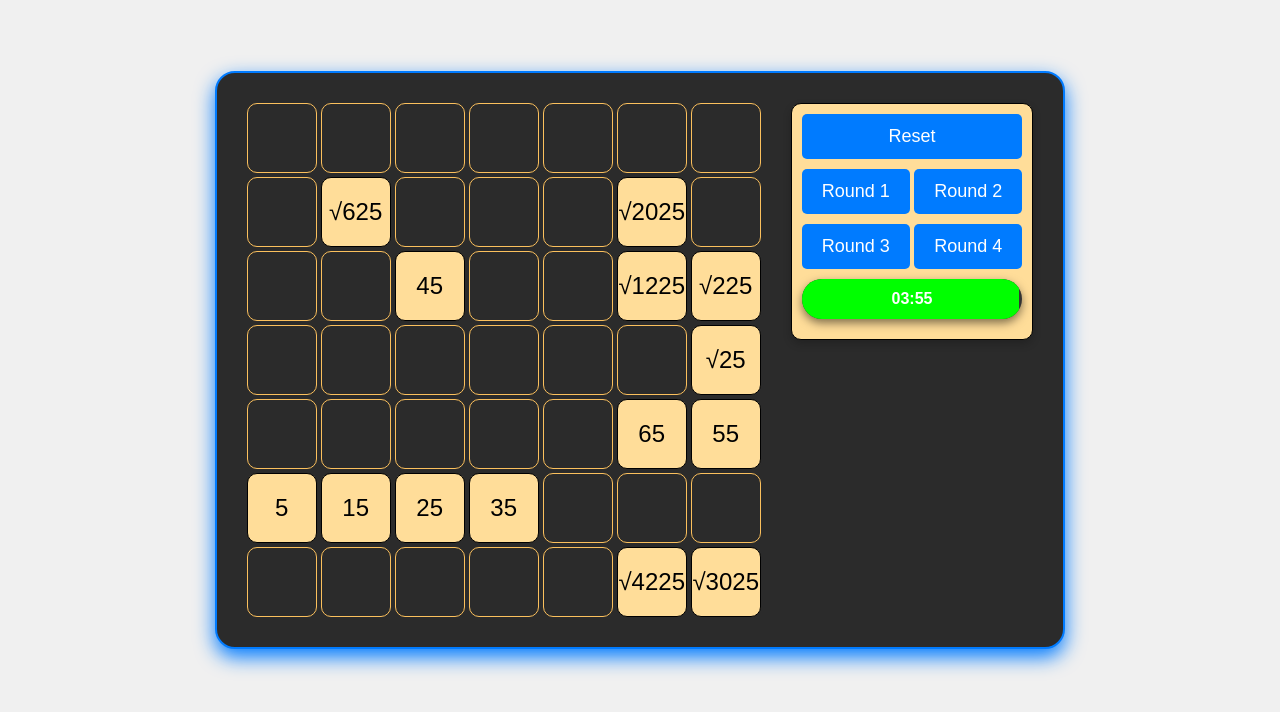
Repository: radisyah/THE_BRAIN_STORM
Page: Broken Link.html
The author's editor kept a copy of each file at every save. The page is drawn from the files as they stood at one save, then again after the next save.
The browser window is 1280 px wide. The pictures show the whole page.

Above is the page before, as saved 2024-10-30 23:44:21.

### Broken Link.html
<!DOCTYPE html>
<html lang="en">
<head>
    <meta charset="UTF-8">
    <meta name="viewport" content="width=device-width, initial-scale=1.0">
    <title>The Brain Storm | Broken Link</title>
    <style>
        body {
            font-family: Arial, sans-serif;
            display: flex;
            justify-content: center; /* Center the main content */
            align-items: center; /* Center vertically */
            height: 100vh;
            margin: 0;
            background-color: #f0f0f0;
        }

        .container {
            display: flex;
            justify-content: center;
            align-items: flex-start;
            background-color: #2b2b2b; /* Dark background for contrast */
            border-radius: 20px;
            box-shadow: 0 8px 20px  #007bff;
            padding: 30px;
            border: 2px solid #007bff;
            transition: transform 0.3s ease-in-out;
        }

        /* Timer container styles */
        .timer-container {
            position: relative;
            width: 100%;
            height: 40px;
            background-color: #333;
            border-radius: 20px;
            overflow: hidden;
            box-shadow: 0px 4px 10px rgba(0, 0, 0, 0.5);
            margin-bottom: 10px;
        }

        /* Timer text styles */
        #timer {
            position: absolute;
            top: 50%;
            left: 50%;
            transform: translate(-50%, -50%);
            color: white;
            font-size: 16px;
            font-weight: bold;
            z-index: 2;
        }

        /* Progress bar styles */
        .timer-bar {
            position: absolute;
            top: 0;
            left: 0;
            height: 100%;
            background: linear-gradient(90deg, #00ff00, #ffff00, #ff0000);
            width: 100%;
            transition: width 1s linear;
            z-index: 1;
        }


        .container:hover {
            transform: scale(1.02); /* Slight scale effect when hovering over the container */
        }


        .grid-container {
            display: grid;
            grid-template-columns: repeat(7, 70px); /* Size increased */
            grid-template-rows: repeat(7, 70px); /* Size increased */
            gap: 4px; /* Increased gap */
            position: relative;
            margin-right: 30px; /* Space between grid and buttons */
        }

        .grid-item {
            display: flex;
            justify-content: center;
            align-items: center;
            font-size: 24px; /* Increased font size */
            background-color: #ffdd99;
            border: 1px solid #000;
            color: #000;
            cursor: pointer;
            position: relative;
            border-radius: 10px;
            transition: background-color 0.3s;
        }

        .grid-item[data-number=""] {
            background-color: #2b2b2b;
            border: 1px solid #fbc05d;
            cursor: default; /* Change cursor for empty grids */
        }

        .grid-item.active {
            background-color: #fbc05d;
        }

        .grid-item:hover {
            /* transform: translateY(-5px); */
            background-color: #fbc05d;

        }


        canvas {
            position: absolute;
            top: 0;
            left: 0;
            z-index: 1;
            pointer-events: none;
        }

        .green {
            background-color: #28a745 !important;
        }

        #resetButton {
            padding: 12px 25px; /* Increased padding */
            font-size: 18px; /* Increased font size */
            cursor: pointer;
            background-color: #007bff;
            color: white;
            border: none;
            border-radius: 5px;
            transition: background-color 0.3s;
        }

        #resetButton:hover {
            background-color: #0056b3;
        }

        .question-buttons {
            display: flex;
            flex-direction: column; /* Align buttons vertically */
            gap: 10px;
            padding: 10px; /* Added padding */
            background-color: #ffdd99; /* Background color for buttons layout */
            border-radius: 10px; /* Rounded corners */
            box-shadow: 0 4px 8px rgba(0, 0, 0, 0.2); /* Shadow for effect */
             border: 1px solid #000;
        }

        .grid-item.active:hover {
            background-color: #fbc05d; /* Warna background berubah */
        }

        .question-button {
            padding: 12px 20px; /* Increased padding */
            font-size: 18px; /* Increased font size */
            cursor: pointer;
            background-color: #007bff;
            color: white;
            border: none;
            border-radius: 5px;
            transition: background-color 0.3s;
        }

        .question-button:hover {
            background-color: #0056b3;
        }
    </style>
</head>
<body>

<div class="container">
    <div class="grid-container" id="grid-container">
        <!-- Grid elements will be filled here -->
    </div>

    <div class="question-buttons">
        <button id="resetButton">Reset</button>
        <div>
            <button class="question-button" onclick="loadQuestion(1)">Round 1</button>
            <button class="question-button" onclick="loadQuestion(2)">Round 2</button>
        </div>
        <div>
            <button class="question-button" onclick="loadQuestion(3)">Round 3</button>
            <button class="question-button" onclick="loadQuestion(4)">Round 4</button>
        </div>
        <div class="timer-container">
            <div id="timer">04:00</div>
            <div class="timer-bar"></div>
        </div>

    </div>
</div>

<canvas id="lineCanvas"></canvas>

<script>
    const canvas = document.getElementById('lineCanvas');
    const ctx = canvas.getContext('2d');
    const gridContainer = document.getElementById('grid-container');
    const resetButton = document.getElementById('resetButton');
    let activeGrid = null;
    let lines = []; // Store lines to be drawn
    canvas.width = gridContainer.offsetWidth;
    canvas.height = gridContainer.offsetHeight;

    // Data grid untuk soal
    const questions = {
        1: [
            { number: "" }, { number: "" }, { number: "" }, { number: "" }, { number: "" }, { number: "" }, { number: "" },
            { number: "" }, { number: "√625" }, { number: "" }, { number: "" }, { number: "" }, { number: "√2025" }, { number: "" },
            { number: "" }, { number: "" }, { number: "45" }, { number: "" }, { number: "" }, { number: "√1225" }, { number: "√225" },
            { number: "" }, { number: "" }, { number: "" }, { number: "" }, { number: "" }, { number: "" }, { number: "√25" },
            { number: "" }, { number: "" }, { number: "" }, { number: "" }, { number: "" }, { number: "65" }, { number: "55" },
            { number: "5" }, { number: "15" }, { number: "25" }, { number: "35" }, { number: "" }, { number: "" }, { number: "" },
            { number: "" }, { number: "" }, { number: "" }, { number: "" }, { number: "" }, { number: "√4225" }, { number: "√3025" },
        ],
        2: [
            { number: "19" }, { number: "" }, { number: "" }, { number: "" }, { number: "" }, { number: "" }, { number: "" },
            { number: "" }, { number: "" }, { number: "" }, { number: "" }, { number: "" }, { number: "" }, { number: "29" },
            { number: "" }, { number: "" }, { number: "" }, { number: "√361" }, { number: "√6241" }, { number: "" }, { number: "" },
            { number: "" }, { number: "√841" }, { number: "" }, { number: "" }, { number: "" }, { number: "√2401" }, { number: "√3481" },
            { number: "" }, { number: "59" }, { number: "" }, { number: "" }, { number: "" }, { number: "" }, { number: "" },
            { number: "" }, { number: "" }, { number: "" }, { number: "" }, { number: "79" }, { number: "39" }, { number: "" },
            { number: "√1521" }, { number: "" }, { number: "" }, { number: "" }, { number: "" }, { number: "" }, { number: "49" },
        ],
        3: [
            { number: "" }, { number: "" }, { number: "" }, { number: "" }, { number: "√961" }, { number: "√121" }, { number: "41" },
            { number: "" }, { number: "11" }, { number: "" }, { number: "" }, { number: "" }, { number: "" }, { number: "" },
            { number: "" }, { number: "" }, { number: "" }, { number: "" }, { number: "" }, { number: "21" }, { number: "" },
            { number: "√441" }, { number: "" }, { number: "" }, { number: "31" }, { number: "" }, { number: "" }, { number: "" },
            { number: "" }, { number: "√2601" }, { number: "" }, { number: "" }, { number: "" }, { number: "√1681" }, { number: "61" },
            { number: "" }, { number: "71" }, { number: "√3721" }, { number: "" }, { number: "" }, { number: "" }, { number: "" },
            { number: "51" }, { number: "" }, { number: "" }, { number: "" }, { number: "" }, { number: "" }, { number: "√5041" },
        ],
        4: [
        { number: "√121" }, { number: "" }, { number: "" }, { number: "22" }, { number: "" }, { number: "77" }, { number: "44" },
            { number: "" }, { number: "" }, { number: "" }, { number: "" }, { number: "" }, { number: "√1936" }, { number: "" },
            { number: "" }, { number: "" }, { number: "" }, { number: "√1089" }, { number: "" }, { number: "" }, { number: "" },
            { number: "" }, { number: "" }, { number: "" }, { number: "" }, { number: "" }, { number: "√5929" }, { number: "33" },
            { number: "" }, { number: "" }, { number: "" }, { number: "" }, { number: "" }, { number: "" }, { number: "" },
            { number: "" }, { number: "" }, { number: "√3025" }, { number: "" }, { number: "√484" }, { number: "66" }, { number: "" },
            { number: "11" }, { number: "" }, { number: "" }, { number: "" }, { number: "√4356" }, { number: "" }, { number: "55" },
        ],
    };

    let timeLimit = 240; // Limit waktu dalam detik
    let timeRemaining = timeLimit;
    let isTimerRunning = false;
    const timerDisplay = document.getElementById('timer');
    const timerBar = document.querySelector('.timer-bar');

    function startTimer() {
        if (isTimerRunning) return;
        isTimerRunning = true;

        timerInterval = setInterval(() => {
            timeRemaining--;

            // Format menit dan detik
            const minutes = Math.floor(timeRemaining / 60);
            const seconds = timeRemaining % 60;
            timerDisplay.textContent = `${minutes < 10 ? '0' + minutes : minutes}:${seconds < 10 ? '0' + seconds : seconds}`;

            // Perbarui lebar progress bar
            const percentage = (timeRemaining / timeLimit) * 100;
            timerBar.style.width = `${percentage}%`;

            // Ubah warna progress bar
            if (percentage <= 33) {
                timerBar.style.background = "#ff0000";
            } else if (percentage <= 66) {
                timerBar.style.background = "#ffff00";
            } else {
                timerBar.style.background = "#00ff00";
            }

            // Ketika waktu habis
            if (timeRemaining <= 0) {
                clearInterval(timerInterval);
                isTimerRunning = false;
                timerDisplay.textContent = "Time is Over";
                disableGridInteractions(); // Fungsi untuk mengunci input
            }
        }, 1000);
    }


    let isGridDisabled = false; // Global flag to track grid disabled state

    function disableGridInteractions() {
        isGridDisabled = true; // Set the disabled flag
        Array.from(gridContainer.children).forEach((gridItem) => {
            gridItem.style.pointerEvents = 'none';
        });
        resetButton.disabled = true;
        resetButton.style.pointerEvents = 'none';
    }



    function resizeCanvas() {
        const rect = gridContainer.getBoundingClientRect();
        canvas.width = rect.width;
        canvas.height = rect.height;
        canvas.style.top = `${rect.top}px`;
        canvas.style.left = `${rect.left}px`;
    }

    function loadGrid(data) {
        gridContainer.innerHTML = '';

        data.forEach((item, index) => {
            const gridItem = document.createElement('div');
            gridItem.classList.add('grid-item');
            gridItem.dataset.number = item.number;
            gridItem.textContent = item.number || '';
            gridItem.dataset.index = index;

            // Prevent interaction with empty grid items
            if (item.number === "") {
                gridItem.classList.add('empty');
            } else {
                gridItem.addEventListener('click', () => {
                    activateGrid(gridItem);
                });
            }

            gridContainer.appendChild(gridItem);
        });

        // Resize canvas to match the grid
        resizeCanvas();
    }

    // Tambahkan variabel untuk menyimpan level yang sedang aktif
    let currentQuestion = 1;

    // Ensure grid is disabled on level load if `isGridDisabled` is true
    function loadQuestion(questionNumber) {
        currentQuestion = questionNumber;
        loadGrid(questions[questionNumber]);
        ctx.clearRect(0, 0, canvas.width, canvas.height);
        activeGrid = null;
        lines = [];
        if (isGridDisabled) disableGridInteractions(); // Check and disable if needed
    }

    function activateGrid(gridItem) {
        if (activeGrid) {
            activeGrid.classList.remove('active');
        }

        gridItem.classList.add('active');
        activeGrid = gridItem;
    }

    function drawLine(start, end) {
        ctx.beginPath();
        ctx.moveTo(start.x, start.y);
        ctx.lineTo(end.x, end.y);
        ctx.strokeStyle = '#fbc05d';
        ctx.lineWidth = 2;
        ctx.stroke();
    }

    function getCenterPosition(gridItem) {
        const rect = gridItem.getBoundingClientRect();
        const gridContainerRect = gridContainer.getBoundingClientRect();
        return {
            x: rect.left + rect.width / 2 - gridContainerRect.left,
            y: rect.top + rect.height / 2 - gridContainerRect.top
        };
    }

    function checkForMatch(targetGrid) {
        if (activeGrid.dataset.number === targetGrid.dataset.number && targetGrid.dataset.number !== "") {
            activeGrid.classList.add('green');
            targetGrid.classList.add('green');
            activeGrid.classList.remove('active');
            activeGrid = null;
            ctx.clearRect(0, 0, canvas.width, canvas.height);
            drawAllLines();
        }
    }

    function drawAllLines() {
        for (let i = 0; i < lines.length; i++) {
            const { start, end } = lines[i];
            drawLine(start, end);
        }
    }

    function move(direction) {
        const index = parseInt(activeGrid.dataset.index);
        let targetIndex;

        switch (direction) {
            case 'ArrowLeft':
                if (index % 7 !== 0) targetIndex = index - 1;
                break;
            case 'ArrowRight':
                if (index % 7 !== 6) targetIndex = index + 1;
                break;
            case 'ArrowUp':
                if (index - 7 >= 0) targetIndex = index - 7;
                break;
            case 'ArrowDown':
                if (index + 7 < questions[1].length) targetIndex = index + 7; // Default to first question length
                break;
        }

        if (targetIndex !== undefined && targetIndex >= 0 && targetIndex < questions[1].length) {
            const targetGrid = gridContainer.children[targetIndex];
            const startPosition = getCenterPosition(activeGrid);
            const endPosition = getCenterPosition(targetGrid);

            if (targetGrid) {
                if (targetGrid.dataset.number === "") {
                    // Check if there's already a line passing through this empty grid cell
                    const existingLine = lines.find((line) => {
                        const startX = line.start.x;
                        const startY = line.start.y;
                        const endX = line.end.x;
                        const endY = line.end.y;
                        const centerX = endPosition.x;
                        const centerY = endPosition.y;
                        const distance = Math.sqrt(Math.pow(centerX - startX, 2) + Math.pow(centerY - startY, 2));
                        return distance < 10; // adjust the distance threshold as needed
                    });

                    if (existingLine) {
                        // Jika ada garis yang berpotongan, hapus semua garis
                        ctx.clearRect(0, 0, canvas.width, canvas.height);
                        lines = [];
                        activeGrid.classList.remove('active');
                        activeGrid = null;
                    } else {
                        drawLine(startPosition, endPosition);
                        lines.push({ start: startPosition, end: endPosition });
                    }
                } else {
                    drawLine(startPosition, endPosition);
                    checkForMatch(targetGrid);
                }
                activeGrid.classList.remove('active');
                activeGrid = targetGrid;
                activeGrid.classList.add('active');
            }
        }
    }

    // Fungsi untuk memeriksa apakah grid berisi nilai
function isGridEmpty(index) {
    return !questions[currentQuestion][index].number; // true jika grid kosong
}



    resetButton.addEventListener('click', () => {
        ctx.clearRect(0, 0, canvas.width, canvas.height);
        activeGrid = null;
        lines = [];
        loadGrid(questions[currentQuestion]); // Load level yang sedang aktif
        // Hapus semua grid item yang memiliki kelas 'green'
        Array.from(gridContainer.children).forEach((gridItem) => {
            gridItem.classList.remove('green');
        });
    });

    document.addEventListener('keydown', (event) => {
        if (activeGrid) {
            move(event.key);
        }
    });

    // Disable grid when the page visibility changes to hidden
    document.addEventListener('visibilitychange', () => {
        if (document.visibilityState === 'hidden' && isGridDisabled) {
            disableGridInteractions();
        }
    });

    // Mulai timer saat halaman dimuat
    window.onload = () => {
        loadGrid(questions[1]); // Load pertanyaan pertama secara default
        window.addEventListener('resize', resizeCanvas);
        startTimer(); // Panggil timer
    };

</script>

</body>
</html>

After the next save:
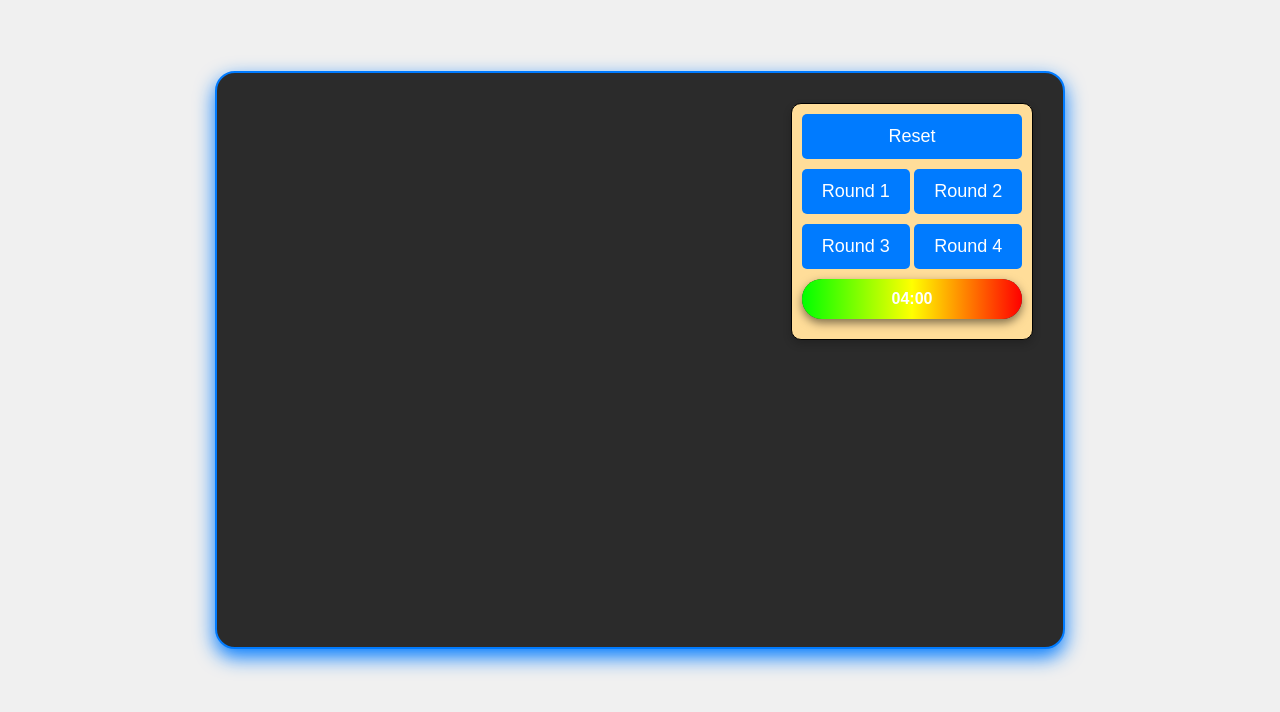
Console error: ReferenceError: gridItems is not defined
Saved 14 s later.
--- a/Broken Link.html
+++ b/Broken Link.html
@@ -355,14 +355,62 @@
         activeGrid = gridItem;
     }
 
-    function drawLine(start, end) {
-        ctx.beginPath();
-        ctx.moveTo(start.x, start.y);
-        ctx.lineTo(end.x, end.y);
-        ctx.strokeStyle = '#fbc05d';
-        ctx.lineWidth = 2;
-        ctx.stroke();
-    }
+// Fungsi menggambar garis tanpa melewati grid dengan nilai
+function drawLine(startIndex, endIndex) {
+    const startGrid = gridItems[startIndex];
+    const endGrid = gridItems[endIndex];
+
+    const startRect = startGrid.getBoundingClientRect();
+    const endRect = endGrid.getBoundingClientRect();
+
+    // Tentukan titik awal dan akhir garis
+    let x1 = startRect.left + startRect.width / 2 - gridContainer.offsetLeft;
+    let y1 = startRect.top + startRect.height / 2 - gridContainer.offsetTop;
+    let x2 = endRect.left + endRect.width / 2 - gridContainer.offsetLeft;
+    let y2 = endRect.top + endRect.height / 2 - gridContainer.offsetTop;
+
+    // Tentukan arah pergerakan
+    const xStep = (x2 - x1) / Math.abs(endIndex - startIndex);
+    const yStep = (y2 - y1) / Math.abs(endIndex - startIndex);
+
+    ctx.beginPath();
+    ctx.moveTo(x1, y1);
+
+    // Gambar garis secara bertahap, periksa setiap grid di sepanjang garis
+    let currentX = x1;
+    let currentY = y1;
+    let currentIndex = startIndex;
+
+    while (currentIndex !== endIndex) {
+        currentIndex += (endIndex > startIndex ? 1 : -1);
+
+        if (isGridEmpty(currentIndex)) {
+            currentX += xStep;
+            currentY += yStep;
+            ctx.lineTo(currentX, currentY);
+        } else {
+            ctx.moveTo(currentX, currentY); // Loncat jika ada nilai
+        }
+    }
+
+    ctx.strokeStyle = '#007bff';
+    ctx.lineWidth = 3;
+    ctx.stroke();
+}
+
+// Event Listener untuk mengaktifkan dan menggambar garis
+let startIndex = null;
+gridItems.forEach((item, index) => {
+    item.addEventListener('click', () => {
+        if (startIndex === null) {
+            startIndex = index;
+            item.classList.add('active');
+        } else {
+            drawLine(startIndex, index);
+            startIndex = null;
+        }
+    });
+});
 
     function getCenterPosition(gridItem) {
         const rect = gridItem.getBoundingClientRect();
